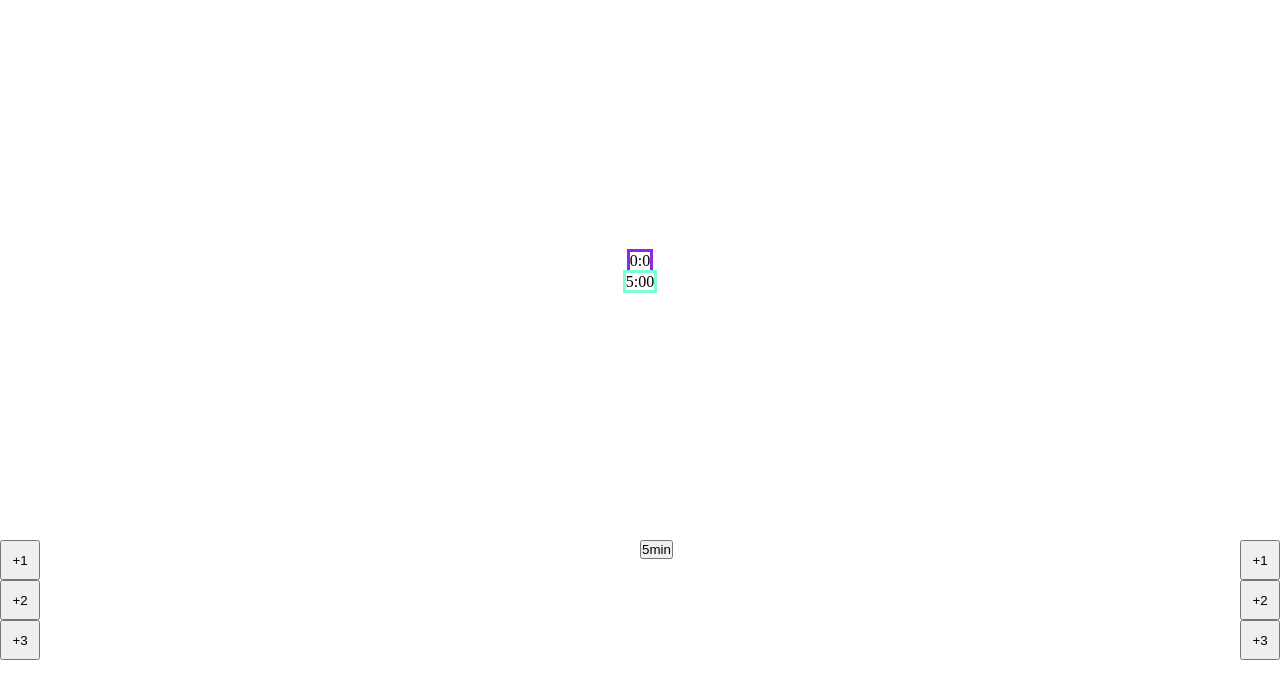
Repository: bollo89/scoreBoard
Page: index.html
An editor plug-in stored every save of this project. The page is shown before and after the next save, followed by the edit.
The browser window is 1280 px wide. The pictures show the whole page.
After loading, the first visible `button.btnTimer5min` was clicked once.

Above is the page before, as saved 2022-01-25 14:29:27.

After the next save:
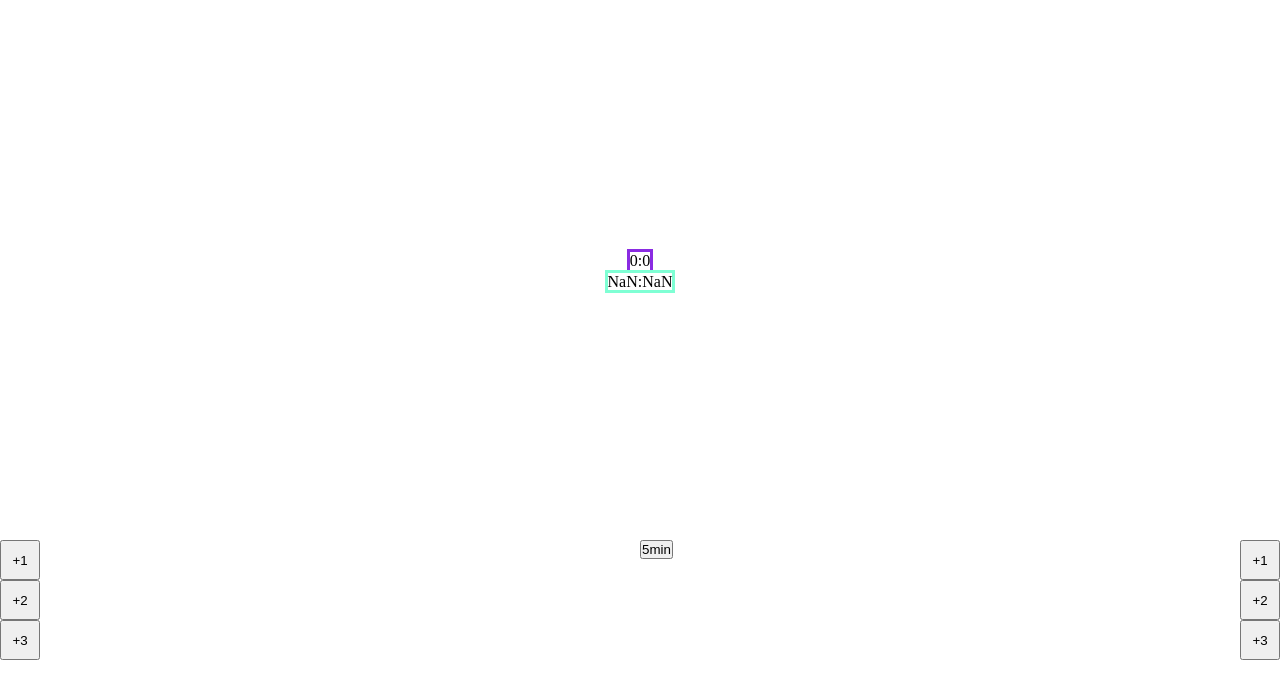
Saved 9 min 21 s later.
--- a/script.js
+++ b/script.js
@@ -55,9 +55,9 @@
 
 // setInterval(myTimer, 1000);
 
-function timer5min() {
+function timer5min(evt) {
 
-    const startMin = 5;
+    const startMin = evt;
     let time = startMin * 60;
     let refreshIntervalId = setInterval(updateCounter, 1000);
 
@@ -80,6 +80,7 @@
 
 let btn5min = document.querySelector('.btnTimer5min');
 btn5min.addEventListener('click',timer5min,false);
+btn5min.myParam = 5;
 
 
 

After the save that followed:
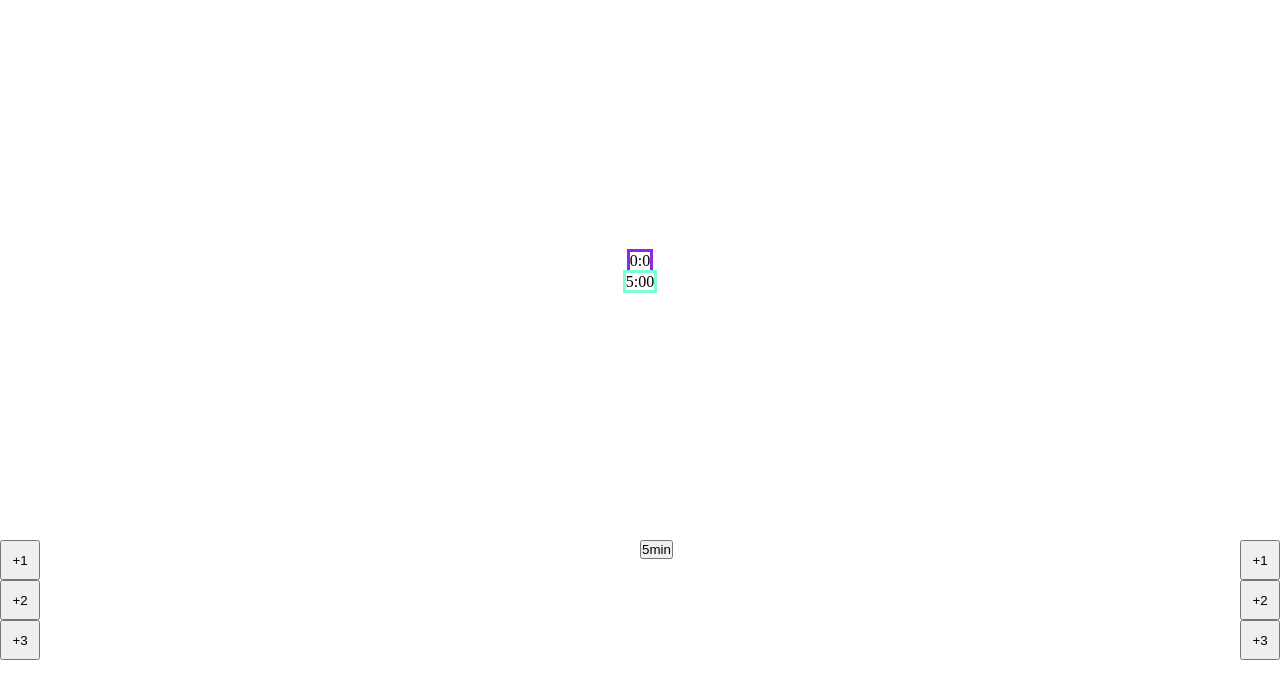
Saved 52 s later.
--- a/script.js
+++ b/script.js
@@ -57,7 +57,7 @@
 
 function timer5min(evt) {
 
-    const startMin = evt;
+    const startMin = evt.currentTarget.myParam;
     let time = startMin * 60;
     let refreshIntervalId = setInterval(updateCounter, 1000);
 
